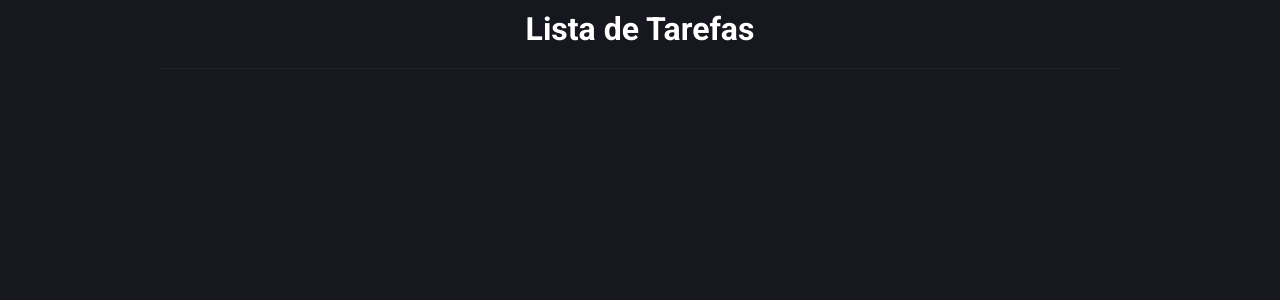
Repository: guilhermecardoso93/todolist-app
Page: /
These files come from the project's save history. The page is drawn as it stood at one moment and after the next save; the edit follows.
The browser window is 1280 px wide. The pictures show the whole page.
The project was rebuilt for these pictures with package versions that can differ from the ones it lists, and the page was loaded fresh each time. Also part of the build but not shown: vite.config.ts.

Above is the page before, as saved 2022-11-12 21:53:19.

### index.html
<!DOCTYPE html>
<html lang="en">
  <head>
    <meta charset="UTF-8" />
    <meta name="viewport" content="width=device-width, initial-scale=1.0" />
    <link rel="preconnect" href="https://fonts.googleapis.com">
    <link rel="preconnect" href="https://fonts.gstatic.com" crossorigin>
    <link
      href="https://fonts.googleapis.com/css2?family=Roboto:wght@400;500;700&display=swap"
      rel="stylesheet">
    <title>ToDo List</title>
  </head>
  <body>
    <div id="root"></div>
    <script type="module" src="/src/main.tsx"></script>
  </body>
</html>

### src/main.tsx
import React from 'react'
import ReactDOM from 'react-dom/client'
import {App} from './App'

import '../global.css'


ReactDOM.createRoot(document.getElementById('root') as HTMLElement).render(
  <React.StrictMode>
    <App />
  </React.StrictMode>
)

### src/App.tsx
import { useState } from 'react';
import { Area, Container, Header } from  './App.styles'
import { Item } from './types/Item';

export function App() {
  const [ list, setList] = useState<Item[]>([
    {
      id:1,
      task: 'Fazer um bolo',
      isDone: false
    },
    {
      id:2,
      task: 'Fazer um projeto',
      isDone: false
    },

  ])


  return (
  <Container>
    <Area>
    <Header>
      Lista de Tarefas
      </Header>
    </Area>
  </Container>
  );
}

### global.css
* {
  box-sizing: border-box;
  margin: 0;
  padding: 0;

  font-family: 'Roboto', sans-serif;
}

### src/App.styles.ts
import styled from "styled-components";

export const Container = styled.div`
  background-color: #17181f;
  color: #797a81;
  min-height: 100vh;
`;

export const Area = styled.div`
  margin: auto;
  max-width: 980px;
  padding: 10px;
`;

export const Header = styled.h1`
  margin: 0;
  padding: 0;
  text-align: center;
  color: #fff;
  border-bottom: 1px solid #4444;
  padding-bottom: 20px;
`;

After the next save:
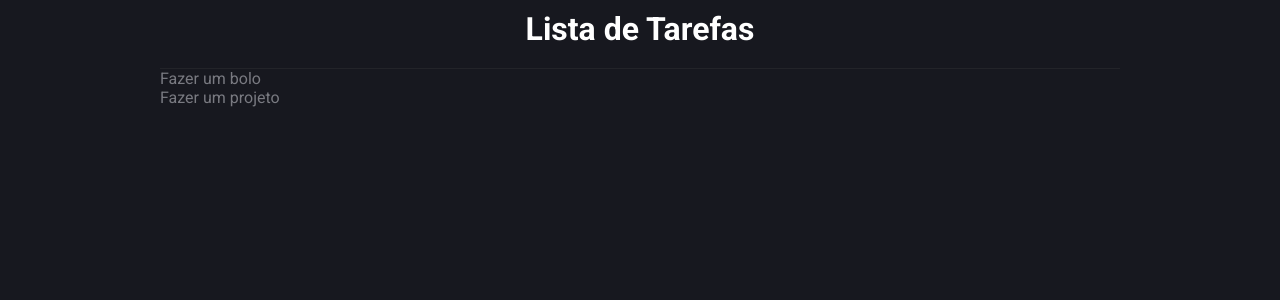
Saved 2 min 55 s later.
--- a/src/App.tsx
+++ b/src/App.tsx
@@ -1,30 +1,32 @@
-import { useState } from 'react';
-import { Area, Container, Header } from  './App.styles'
-import { Item } from './types/Item';
+import { useState } from "react";
+import { Area, Container, Header } from "./App.styles";
+import { Item } from "./types/Item";
 
 export function App() {
-  const [ list, setList] = useState<Item[]>([
+  const [list, setList] = useState<Item[]>([
     {
-      id:1,
-      task: 'Fazer um bolo',
-      isDone: false
+      id: 1,
+      task: "Fazer um bolo",
+      isDone: false,
     },
     {
-      id:2,
-      task: 'Fazer um projeto',
-      isDone: false
+      id: 2,
+      task: "Fazer um projeto",
+      isDone: false,
     },
-
-  ])
-
+  ]);
 
   return (
-  <Container>
-    <Area>
-    <Header>
-      Lista de Tarefas
-      </Header>
-    </Area>
-  </Container>
+    <Container>
+      <Area>
+        <Header>Lista de Tarefas</Header>
+
+       {list.map((task) => (
+        <div>
+          {task.task}
+        </div>
+       ))}
+      </Area>
+    </Container>
   );
 }
